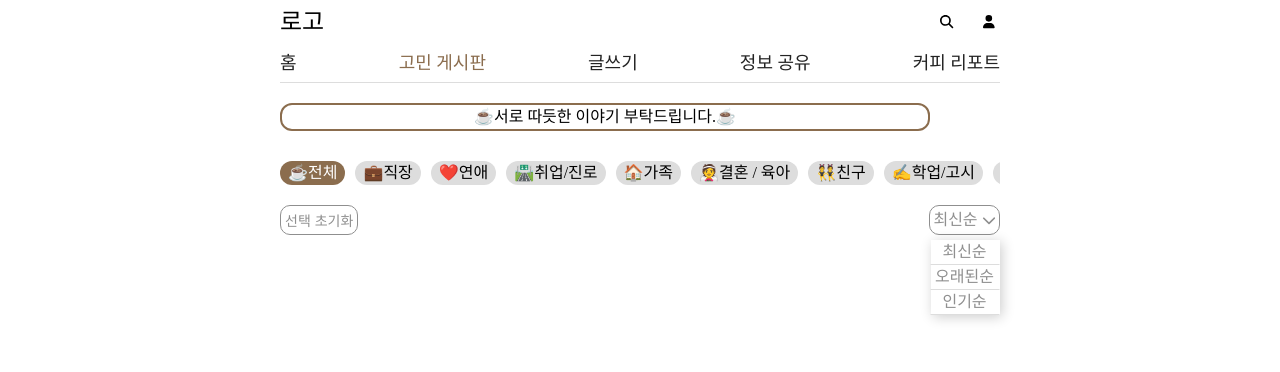
Repository: zlazlazla35/coffee
Page: /list
These files come from the project's save history. The page is drawn as it stood at one moment and after the next save; the edit follows.
The browser window is 1280 px wide. The pictures show the whole page.
Some web fonts or font styles are not loaded; a fallback is used. The project was rebuilt for these pictures with package versions that can differ from the ones it lists, and the page was loaded fresh each time. The framework's server and built-in components were replaced by stand-ins that run in the browser. Also part of the build but not shown: next.config.mjs.

Above is the page before, as saved 2024-12-26 18:34:22.

### src/app/layout.js
import { Geist, Geist_Mono } from "next/font/google";
import "./globals.css";
import Link from "next/link";
import { FontAwesomeIcon } from '@fortawesome/react-fontawesome'
import { faMagnifyingGlass, faUser } from '@fortawesome/free-solid-svg-icons'
import NavMenu from "./component/NavMenu";

const geistSans = Geist({
  variable: "--font-geist-sans",
  subsets: ["latin"],
});

const geistMono = Geist_Mono({
  variable: "--font-geist-mono",
  subsets: ["latin"],
});

export const metadata = {
  title: "Create Next App",
  description: "Generated by create next app",
};

export default function RootLayout({ children }) {
  return (
    <html lang="en">
      <body className={`${geistSans.variable} ${geistMono.variable}`}>
        <div className="nav_bar">
          <div className="nav_bar_top">
            <Link className="logo" href={'/'}>로고</Link>
            <div className="userBox">
              <button>
                <FontAwesomeIcon icon={faMagnifyingGlass} />
              </button>
              <button>
                <FontAwesomeIcon icon={faUser} />
              </button>
            </div>
          </div>
          <div className="nav_bar_bottom">
          <NavMenu></NavMenu>
          </div>
        </div>
        {children}
      </body>
    </html>
  );
}

### src/app/list/page.js
'use client'
import { useState } from "react"
import { FontAwesomeIcon } from '@fortawesome/react-fontawesome'
import { faChevronDown } from '@fortawesome/free-solid-svg-icons'

export default function List() {
    let [tagList, setTagList] = useState(['☕전체', '💼직장', '❤️연애', '🛣️취업/진로', '🏠가족', '👰결혼 / 육아', '👯친구', '✍️학업/고시', '🚫중독', '💰사업 / 금전', '💉질병 / 질환']);
    let [tagActive, setTagActive] = useState([true, false, false, false, false, false, false, false, false, false, false])







    return (
        <div className="liset_page">
            <div className="top_border">
                ☕서로 따듯한 이야기 부탁드립니다.☕
            </div>
            <div className="tag">
                <ul className="tag_list">
                    {
                        tagList.map((item, i) => {

                            return (
                                <li className={tagActive[i] == true ? 'on' : null} key={i} onClick={(e) => {
                                    let copy = [...tagActive];

                                    if (copy[i] == false) {
                                        copy[i] = true;
                                        setTagActive(copy);
                                    } else {
                                        copy[i] = false;
                                        setTagActive(copy);
                                    }

                                    if (e.target.innerHTML !== '☕전체') {
                                        copy[0] = false;
                                        setTagActive(copy);
                                    } else {
                                        let copy2 = [true, false, false, false, false, false, false, false, false, false, false];
                                        setTagActive(copy2);
                                    }
                                }} >{item}</li>
                            )
                        })
                    }
                </ul>
            </div>
            <div className="filterBox">
                <button className="tag_reset">선택 초기화</button>
                <div className="filterSelectBox">
                    <h2 className="title">최신순<FontAwesomeIcon icon={faChevronDown} /></h2>
                    <ul className="filterSelect">
                        <li>최신순</li>
                        <li>오래된순</li>
                        <li>인기순</li>
                    </ul>
                </div>
            </div>
        </div>
    )
}

//

### src/app/globals.css
@font-face {
    font-family: 'Ownglyph_StudyHard-Rg';
    src: url('https://fastly.jsdelivr.net/gh/projectnoonnu/2411-3@1.0/Ownglyph_StudyHard-Rg.woff2') format('woff2');
    font-weight: normal;
    font-style: normal;
}
/* /styles/reset.css */
body {font-family: 'Ownglyph_StudyHard-Rg' !important;}
html, body, div, span, applet, object, iframe,
h1, h2, h3, h4, h5, h6, p, blockquote, pre,
a, abbr, acronym, address, big, cite, code,
del, dfn, em, img, ins, kbd, q, s, samp,
small, strike, strong, sub, sup, tt, var,
b, u, i, center,
dl, dt, dd, ol, ul, li,
fieldset, form, label, legend,
table, caption, tbody, tfoot, thead, tr, th, td,
article, aside, canvas, details, embed,
figure, figcaption, footer, header, hgroup,
menu, nav, output, ruby, section, summary,
time, mark, audio, video {
	margin: 0;
	padding: 0;
	border: 0;
	font-size: 100%;
	font: inherit;
	vertical-align: baseline;
}
/* HTML5 display-role reset for older browsers */
article, aside, details, figcaption, figure,
footer, header, hgroup, menu, nav, section {
	display: block;
}
body {
	line-height: 1;
}
ol, ul {
	list-style: none;
}
blockquote, q {
	quotes: none;
}
blockquote:before, blockquote:after,
q:before, q:after {
	content: '';
	content: none;
}
table {
	border-collapse: collapse;
	border-spacing: 0;
}
input:focus {outline: none;}
a {text-decoration: none; color: inherit;}


.nav_bar {width: 100%; max-width: 720px; margin: 0 auto;}
.nav_bar .nav_bar_top {width: 100%; display: flex; align-items: center; justify-content: space-between; box-sizing: border-box; padding: 10px 0; }
.nav_bar .nav_bar_top .logo {font-size: 24px; }
.nav_bar .nav_bar_top .userBox {display: flex; align-items: center;}
.nav_bar .nav_bar_top .userBox button {width: 22px; display: block; background: none; border: none; padding: 0;}
.nav_bar .nav_bar_top .userBox button {margin-right: 20px;}
.nav_bar .nav_bar_top .userBox button:last-child {margin-right: 0;}
.nav_bar .nav_bar_bottom {width: 100%; }
.nav_bar .nav_bar_bottom .nav_list {display: flex; align-items: center; justify-content: space-between; box-sizing: border-box; padding: 10px 0; border-bottom: 1px solid #ddd;}
.nav_bar .nav_bar_bottom .nav_list li { font-size: 18px; color: #232323; }
.nav_bar .nav_bar_bottom .nav_list li a.active {color: #8b6d4e; }


.liset_page {width: 100%; max-width: 720px; margin: 0 auto;}
.liset_page .top_border {width: 100%; max-width: 650px; border: 2px solid #8b6d4e; border-radius: 12px; display: flex; align-items: center; justify-content: center; font-size: 16px; box-sizing: border-box; padding: 4px; margin: 20px 0 30px;}
.liset_page .tag {width: 100%;}
.liset_page .tag .tag_list {width: 100%; display: flex; align-items: center; white-space: nowrap; overflow-x: scroll;}
.liset_page .tag .tag_list::-webkit-scrollbar {height: 8px;}
.liset_page .tag .tag_list::-webkit-scrollbar-thumb {background: #a89f96; border-radius: 10px; }
.liset_page .tag .tag_list::-webkit-scrollbar-track {background: rgba(123, 87, 8, 0.1); }
.liset_page .tag .tag_list li {background: #ddd; font-size: 16px; box-sizing: border-box; padding: 4px 8px; border-radius: 12px; margin-right: 10px; cursor: pointer;}
.liset_page .tag .tag_list li:last-child {margin-right: 0;}
.liset_page .tag .tag_list li.on {background: #8b6d4e; color: #fff;}
.liset_page .filterBox {width: 100%; display: flex; align-items: center; justify-content: space-between;}
.liset_page .filterBox .filterSelectBox {display: flex; position: relative; border: 1px solid #8f8f8f; border-radius: 10px; width: 100%; max-width: 69px; height: 28px; align-items: center; justify-content: center; margin: 20px 0;}
.liset_page .filterBox .filterSelectBox .title {font-size: 16px; color: #8f8f8f;}
.liset_page .filterBox .filterSelectBox .title svg {font-size: 14px; margin-left: 4px;}
.liset_page .filterBox .filterSelectBox .filterSelect {position: absolute; left: 50%; top: 34px; width: 100%; transform: translateX(-50%);}
.liset_page .filterBox .filterSelectBox .filterSelect {width: 100%; box-shadow: 2px 2px 12px rgba(0, 0, 0, 0.2);}
.liset_page .filterBox .filterSelectBox .filterSelect li {width: 100%; text-align: center; box-sizing: border-box; padding: 4px 0; border-bottom: 1px solid #ddd; font-size: 16px; color: #8f8f8f;}


.liset_page .filterBox .tag_reset{display: inline-block; box-sizing: border-box; padding: 4px; border: 1px solid #8f8f8f; background: none; color: #8f8f8f; font-size: 14px; border-radius: 10px;}

### src/app/component/NavMenu.js
'use client'

import Link from "next/link";
import { usePathname } from "next/navigation";

export default function NavMenu() {
    const pathname = usePathname();

    return (
        <ul className="nav_list">
            <li>
                <Link href={'/'}>홈</Link>
            </li>
            <li>
                <Link className={pathname == '/list'? 'active' : null} href={'/list'}>고민 게시판</Link>
            </li>
            <li>
                <Link className={pathname == '/writing'? 'active' : null} href={'/writing'}>글쓰기</Link>
            </li>
            <li>
                <Link className={pathname == '/share'? 'active' : null} href={'/share'}>정보 공유</Link>
            </li>
            <li>
                <Link className={pathname == '/report'? 'active' : null} href={'/report'}>커피 리포트</Link>
            </li>
        </ul>
    )
}

After the next save:
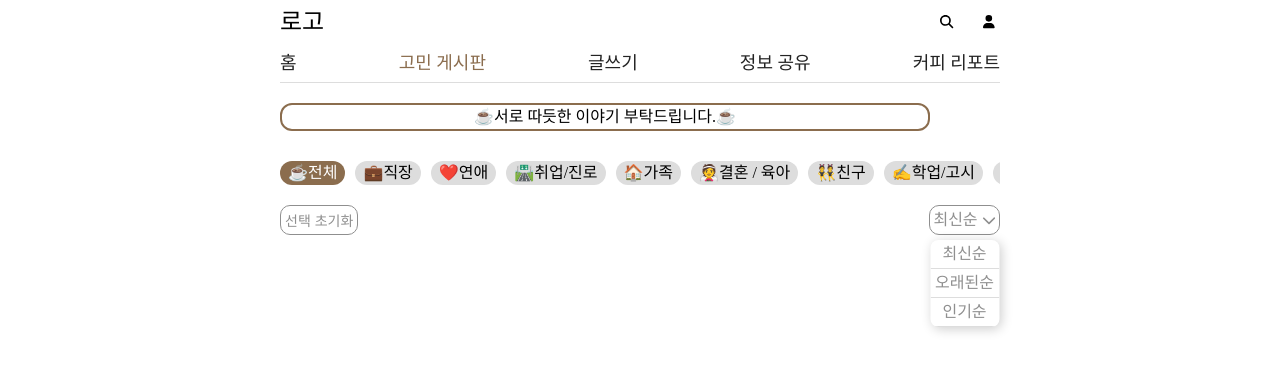
Saved 35 s later.
--- a/src/app/globals.css
+++ b/src/app/globals.css
@@ -80,9 +80,9 @@ a {text-decoration: none; color: inherit;}
 .liset_page .filterBox .filterSelectBox {display: flex; position: relative; border: 1px solid #8f8f8f; border-radius: 10px; width: 100%; max-width: 69px; height: 28px; align-items: center; justify-content: center; margin: 20px 0;}
 .liset_page .filterBox .filterSelectBox .title {font-size: 16px; color: #8f8f8f;}
 .liset_page .filterBox .filterSelectBox .title svg {font-size: 14px; margin-left: 4px;}
-.liset_page .filterBox .filterSelectBox .filterSelect {position: absolute; left: 50%; top: 34px; width: 100%; transform: translateX(-50%);}
+.liset_page .filterBox .filterSelectBox .filterSelect {position: absolute; left: 50%; top: 34px; width: 100%; transform: translateX(-50%); border-radius: 8px; overflow: hidden;}
 .liset_page .filterBox .filterSelectBox .filterSelect {width: 100%; box-shadow: 2px 2px 12px rgba(0, 0, 0, 0.2);}
-.liset_page .filterBox .filterSelectBox .filterSelect li {width: 100%; text-align: center; box-sizing: border-box; padding: 4px 0; border-bottom: 1px solid #ddd; font-size: 16px; color: #8f8f8f;}
+.liset_page .filterBox .filterSelectBox .filterSelect li {width: 100%; text-align: center; box-sizing: border-box; padding: 6px 0; border-bottom: 1px solid #ddd; font-size: 16px; color: #8f8f8f;}
 
 
 .liset_page .filterBox .tag_reset{display: inline-block; box-sizing: border-box; padding: 4px; border: 1px solid #8f8f8f; background: none; color: #8f8f8f; font-size: 14px; border-radius: 10px;}
